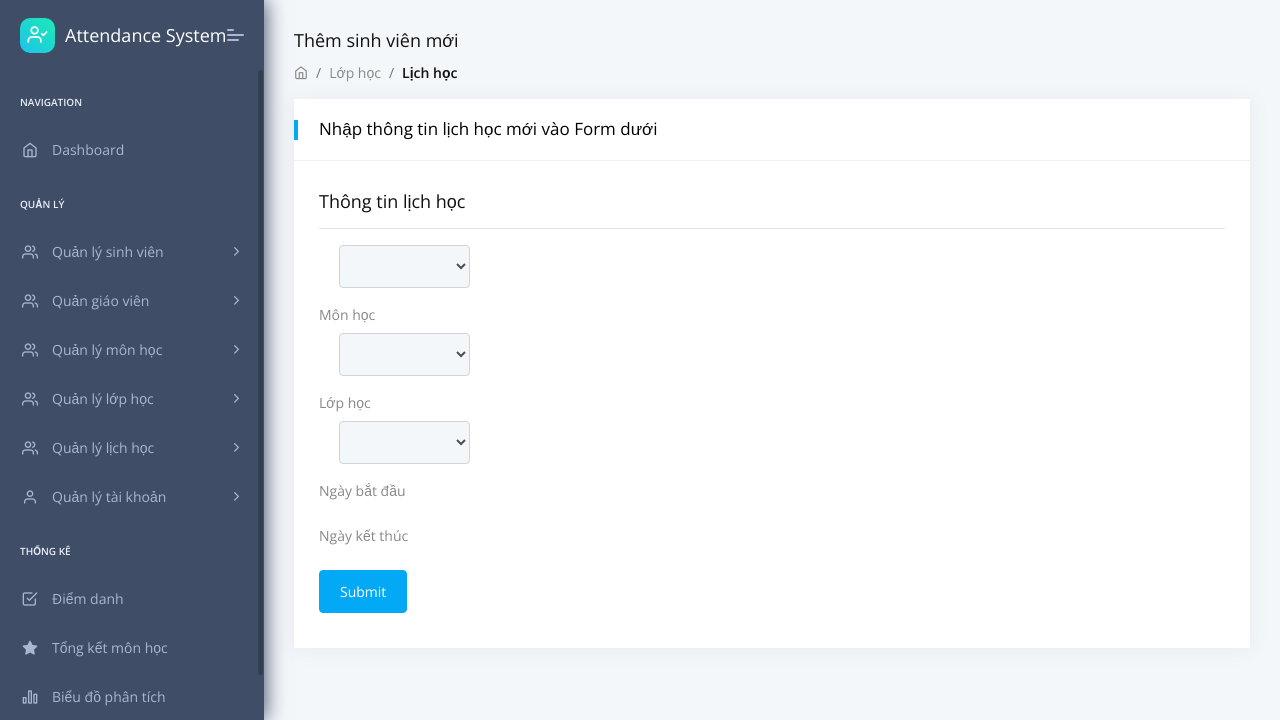
Repository: nguyen-tien-tai12112001/Python_Face_Recognition_Attendance
Page: apps/templates/home/schedule/add-schedule.html
The author's editor kept a copy of each file at every save. The page is drawn from the files as they stood at one save, then again after the next save.
The browser window is 1280 px wide. The pictures show the whole page.
The template is drawn by Flask 3. The application's start-up code is not run. Other server files are loaded and not shown. The template is opened directly, without the code that normally fills it, so the values that code supplies are empty.

Above is the page before, as saved 2022-02-28 22:00:15.

### apps/templates/home/schedule/add-schedule.html
{% extends "layouts/base-admin.html" %}

{% block title %} Add Student {% endblock %}

<!-- Specific CSS goes HERE -->
{% block stylesheets %}{% endblock stylesheets %}

{% block content %}

<div class="pcoded-content">
    <div class="pcoded-inner-content">
        <!-- [ breadcrumb ] start -->
        <div class="page-header">
            <div class="page-block">
                <div class="row align-items-center">
                    <div class="col-md-12">
                        <div class="page-header-title">
                            <h5 class="m-b-10">Thêm sinh viên mới</h5>
                        </div>
                        <ul class="breadcrumb">
                            <li class="breadcrumb-item"><a href="/"><i class="feather icon-home"></i></a></li>
                            <li class="breadcrumb-item"><a href="javascript:">Lớp học</a></li>
                            <li class="breadcrumb-item"><a href="javascript:">Lịch học</a></li>
                        </ul>
                    </div>
                </div>
            </div>
        </div>
        <!-- [ breadcrumb ] end -->
        <div class="main-body">
            <div class="page-wrapper">
                <!-- [ Main Content ] start -->
                <div class="row">
                    <div class="col-sm-12">
                        <div class="card">
                            <div class="card-header">
                                <h5>Nhập thông tin lịch học mới vào Form dưới</h5>
                            </div>
                            <div class="card-body">
                                <h5>Thông tin lịch học</h5>
                                <hr>
                                {% if success %}
                                <span class="mb-0 text-muted" style="color: mediumspringgreen;">
                                    {% if msg %}
                                    <div class="i-block" data-clipboard-text="feather icon-check" data-filter="feather icon-check"  data-toggle="tooltip" title="">
                                        <a style="color: mediumspringgreen;" class="feather icon-check">{{ msg | safe }}</a>
                                    </div>
                                    {% endif %}
                                </span>
                                {% else %}
                                <span class="mb-0 text-muted" style="color: maroon;">
                                    {% if msg %}
                                    <div class="i-block" data-clipboard-text="feather icon-x" data-filter="feather icon-x"  data-toggle="tooltip" title="">
                                        <a style="color: maroon;" class="feather icon-x">{{ msg | safe }}</a>
                                    </div>
                                    {% endif %}
                                </span>


                                {% endif %}
                                <div class="row">
                                    <div class="col-md-6">




                                        <form role="form" method="post" action="">
                                            {{ form.hidden_tag() }}
                                            <div class="form-group">
                                                <select class="form-control" name="info-gv" style="width: 30%;margin-left: 20px;">
                                                    {% for gv in listGv %}
                                                    <option>{{gv.mgv}}-{{gv.fullname}}</option>
                                                    {% endfor %}
                                                </select>
                                            </div>
                                            <div class="form-group">
                                                <label>Môn học</label>
                                                <select class="form-control" name="info-subject" style="width: 30%;margin-left: 20px;">
                                                    {% for sub in listSub %}
                                                    <option>{{sub.id}}-{{sub.name}}</option>
                                                    {% endfor %}
                                                </select>
                                            </div>
                                            <div class="form-group">
                                                <label>Lớp học</label>
                                                <select class="form-control" name="info-class" style="width: 30%;margin-left: 20px;">
                                                    {% for cl in listCl %}
                                                    <option>{{cl.id}}-{{cl.name}}</option>
                                                    {% endfor %}
                                                </select>
                                            </div>

                                            <div class="form-group">
                                                <label>Ngày bắt đầu</label>
                                                {{ form.startDate(placeholder="", class="form-control", type="date") }}
                                            </div>
                                            <div class="form-group">
                                                <label>Ngày kết thúc</label>
                                                {{ form.endDate(placeholder="", class="form-control", type="date") }}
                                            </div>


                                            <button type="submit" name="add_student" class="btn btn-primary">Submit</button>
                                        </form>

                                    </div>
                                </div>
                            </div>
                        </div>
                    </div>
                </div>
                <!-- [ Main Content ] end -->
            </div>
        </div>
    </div>
</div>

{% endblock content %}

<!-- Specific Page JS goes HERE  -->
{% block javascripts %}{% endblock javascripts %}

### apps/templates/layouts/base-admin.html
<!DOCTYPE html>
<html lang="en">

<head>
    <title>
        Attendance System - {% block title %}{% endblock %}
    </title>
    <!-- HTML5 Shim and Respond.js IE10 support of HTML5 elements and media queries -->
    <!-- WARNING: Respond.js doesn't work if you view the page via file:// -->
    <!--[if lt IE 10]>
		<script src="https://oss.maxcdn.com/libs/html5shiv/3.7.0/html5shiv.js"></script>
		<script src="https://oss.maxcdn.com/libs/respond.js/1.4.2/respond.min.js"></script>
		<![endif]-->
    <!-- Meta -->
    <meta charset="utf-8">
    <meta name="viewport" content="width=device-width, initial-scale=1.0, user-scalable=0, minimal-ui">
    <meta http-equiv="X-UA-Compatible" content="IE=edge" />
    <link rel="canonical" href="https://appseed.us/admin-dashboards/flask-dashboard-dattaable">

    <meta name="description" content="Datta Able Bootstrap admin template made using Bootstrap 4 and it has huge amount of ready made feature, UI components, pages which completely fulfills any dashboard needs." />
    <meta name="keywords" content="admin templates, bootstrap admin templates, bootstrap 4, dashboard, dashboard templets, sass admin templets, html admin templates, responsive, bootstrap admin templates free download,premium bootstrap admin templates, datta able, datta able bootstrap admin template, free admin theme, free dashboard template"/>
    <meta name="author" content="CodedThemes"/>

    <!-- Favicon icon -->
    <link rel="icon" href="/static/assets/images/favicon.ico" type="image/x-icon">
    <!-- fontawesome icon -->
    <link rel="stylesheet" href="/static/assets/fonts/fontawesome/css/fontawesome-all.min.css">
    <!-- animation css -->
    <link rel="stylesheet" href="/static/assets/plugins/animation/css/animate.min.css">
    <!-- vendor css -->
    <link rel="stylesheet" href="/static/assets/css/style.css">

    <!-- Specific CSS goes HERE -->
    {% block stylesheets %}{% endblock stylesheets %}

</head>

<body>

    <!-- [ Pre-loader ] start -->
    <div class="loader-bg">
        <div class="loader-track">
            <div class="loader-fill"></div>
        </div>
    </div>

    <!-- Top Bar -->
    {% include 'includes/navigation.html' %}

    <!-- SideBar -->
    {% include 'includes/sidebar-admin.html' %}

    <div class="pcoded-main-container">
        <div class="pcoded-wrapper">

            {% block content %}{% endblock content %}

        </div>
    </div>

    {% include 'includes/scripts.html' %}

    <!-- Specific Page JS goes HERE  -->
    {% block javascripts %}{% endblock javascripts %}

</body>
</html>

### apps/templates/includes/sidebar-admin.html

    <nav class="pcoded-navbar">
        <div class="navbar-wrapper">
            <div class="navbar-brand header-logo">
                <a target="_blank"
                   href="https://appseed.us/admin-dashboards/flask-datta-able" class="b-brand">
                    <div class="b-bg">
                        <i class="feather icon-user-check"></i>
                    </div>
                    <span class="b-title">Attendance System</span>
                </a>
                <a class="mobile-menu" id="mobile-collapse" href="javascript:"><span></span></a>
            </div>
            <div class="navbar-content scroll-div">
                <ul class="nav pcoded-inner-navbar">
                    <li class="nav-item pcoded-menu-caption">
                        <label>Navigation</label>
                    </li>
                    <li data-username=""
                        class="nav-item {% if 'index' in segment %} active {% endif %}">
                        <a href="/index" class="nav-link "><span class="pcoded-micon"><i class="feather icon-home"></i></span><span class="pcoded-mtext">Dashboard</span></a>
                    </li>
                    <li class="nav-item pcoded-menu-caption">
                        <label>Quản lý</label>
                    </li>
                    <li data-username="" class="nav-item pcoded-hasmenu">
                        <a href="javascript:" class="nav-link "><span class="pcoded-micon"><i class="feather icon-users"></i></span><span class="pcoded-mtext">Quản lý sinh viên</span></a>
                        <ul class="pcoded-submenu">
                            <li class=""><a href="/list-student.html" class="">Danh sách sinh viên</a></li>
                            <li class=""><a href="/add-student.html" class="">Thêm sinh viên mới</a></li>

                        </ul>
                    </li>
                    <li data-username="" class="nav-item pcoded-hasmenu">
                        <a href="javascript:" class="nav-link "><span class="pcoded-micon"><i class="feather icon-users"></i></span><span class="pcoded-mtext">Quản giáo viên</span></a>
                        <ul class="pcoded-submenu">
                            <li class=""><a href="/list-teacher.html" class="">Danh sách giáo viên</a></li>
                            <li class=""><a href="/add-teacher.html" class="">Thêm giáo viên</a></li>

                        </ul>
                    </li>

                    <li data-username="" class="nav-item pcoded-hasmenu">
                        <a href="javascript:" class="nav-link "><span class="pcoded-micon"><i class="feather icon-users"></i></span><span class="pcoded-mtext">Quản lý môn học</span></a>
                        <ul class="pcoded-submenu">
                            <li class=""><a href="/list-subject.html" class="">Danh sách môn học</a></li>
                            <li class=""><a href="/add-subject.html" class="">Thêm môn học</a></li>

                        </ul>
                    </li>

                    <li data-username="" class="nav-item pcoded-hasmenu">
                        <a href="javascript:" class="nav-link "><span class="pcoded-micon"><i class="feather icon-users"></i></span><span class="pcoded-mtext">Quản lý lớp học</span></a>
                        <ul class="pcoded-submenu">
                            <li class=""><a href="/list-class.html" class="">Danh sách lớp học</a></li>
                            <li class=""><a href="/add-class.html" class="">Tạo lớp</a></li>

                        </ul>
                    </li>

                    <li data-username="" class="nav-item pcoded-hasmenu">
                        <a href="javascript:" class="nav-link "><span class="pcoded-micon"><i class="feather icon-users"></i></span><span class="pcoded-mtext">Quản lý lịch học</span></a>
                        <ul class="pcoded-submenu">
                            <li class=""><a href="/list-schedule.html" class="">Danh sách lịch học</a></li>
                            <li class=""><a href="/add-schedule.html" class="">Thêm lịch học</a></li>

                        </ul>
                    </li>





                    <li data-username="" class="nav-item pcoded-hasmenu">
                        <a href="javascript:" class="nav-link "><span class="pcoded-micon"><i class="feather icon-user"></i></span><span class="pcoded-mtext">Quản lý tài khoản</span></a>
                        <ul class="pcoded-submenu">
                            <li class=""><a href="/list-user" class="">Danh sách tài khoản</a></li>
                            <li class=""><a href="/register.html" class="">Thêm tài khoản mới</a></li>

                        </ul>
                    </li>
                    <li class="nav-item pcoded-menu-caption">
                        <label>Thống kê</label>
                    </li>
                    <li data-username="Table bootstrap datatable footable"
                        class="nav-item {% if 'attendance_check' in segment %} active {% endif %}">
                        <a href="/attendance_check" class="nav-link "><span class="pcoded-micon"><i class="feather icon-check-square"></i></span><span class="pcoded-mtext">Điểm danh</span></a>
                    </li>

                    <li data-username="Table bootstrap datatable footable"
                        class="nav-item {% if 'summany_study' in segment %} active {% endif %}">
                        <a href="/summany_study" class="nav-link "><span class="pcoded-micon"><i class="feather icon-star-on"></i></span><span class="pcoded-mtext">Tổng kết môn học</span></a>
                    </li>
                    <li data-username="Table bootstrap datatable footable"
                        class="nav-item {% if 'chart_analysis' in segment %} active {% endif %}">
                        <a href="/chart_analysis" class="nav-link "><span class="pcoded-micon"><i class="feather icon-bar-chart-2"></i></span><span class="pcoded-mtext">Biểu đồ phân tích</span></a>
                    </li>
                    <li data-username="Disabled Menu" class="nav-item">
                        <a href="{{ url_for('authentication_blueprint.logout') }}" class="nav-link">
                            <span class="pcoded-micon"><i class="feather icon-power"></i></span><span class="pcoded-mtext">Logout</span>
                        </a>
                    </li>
                </ul>
            </div>
        </div>
    </nav>

Loaded but not shown: apps/templates/includes/navigation.html (common file); apps/templates/includes/scripts.html (common file); apps/static/assets/fonts/fontawesome/css/fontawesome-all.min.css (library); apps/static/assets/plugins/animation/css/animate.min.css (library); apps/static/assets/css/style.css (library); apps/static/assets/js/vendor-all.min.js (library); apps/static/assets/plugins/bootstrap/js/bootstrap.min.js (library); apps/static/assets/js/pcoded.min.js (library); apps/static/assets/plugins/bootstrap/css/bootstrap.min.css (library); apps/static/assets/fonts/feather/css/feather.css (common file); apps/static/assets/plugins/jquery-scrollbar/css/jquery.scrollbar.min.css (common file); apps/static/assets/fonts/datta/datta-icon.css (common file)

After the next save:
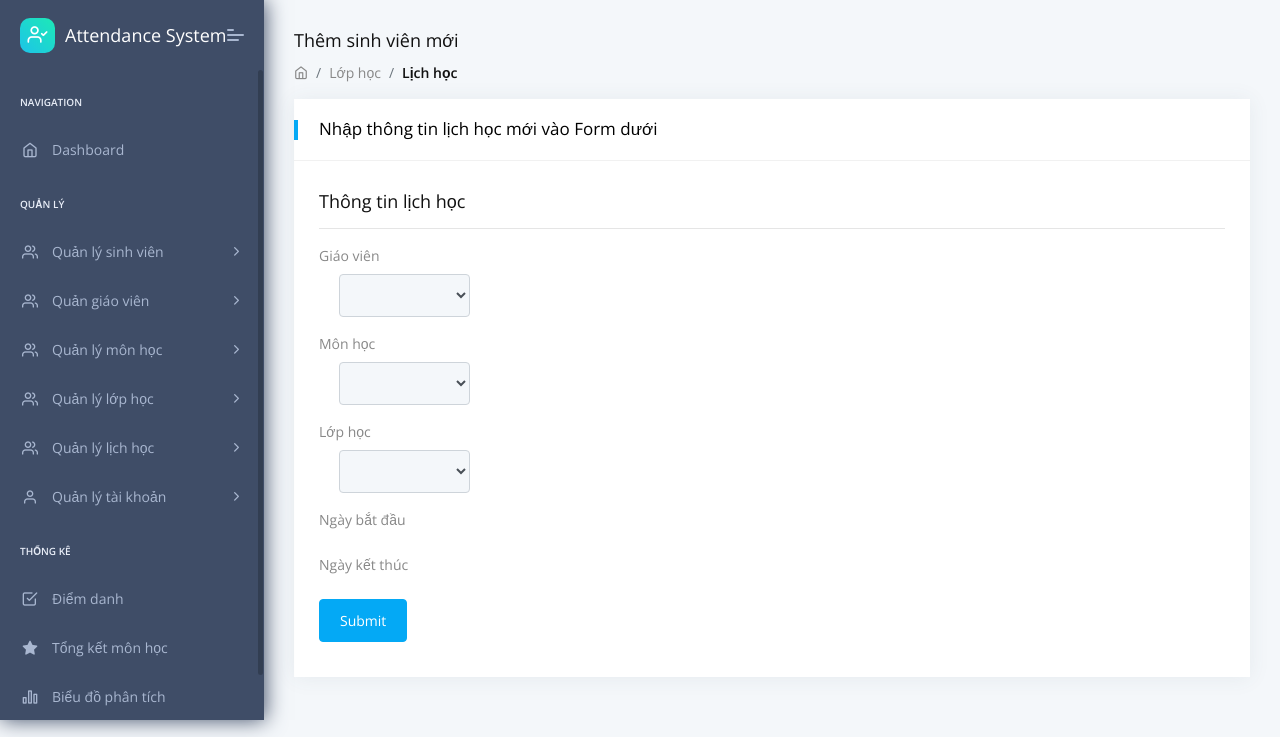
Saved 12 s later.
--- a/apps/templates/home/schedule/add-schedule.html
+++ b/apps/templates/home/schedule/add-schedule.html
@@ -67,6 +67,7 @@
                                         <form role="form" method="post" action="">
                                             {{ form.hidden_tag() }}
                                             <div class="form-group">
+                                                <label>Giáo viên</label>
                                                 <select class="form-control" name="info-gv" style="width: 30%;margin-left: 20px;">
                                                     {% for gv in listGv %}
                                                     <option>{{gv.mgv}}-{{gv.fullname}}</option>
